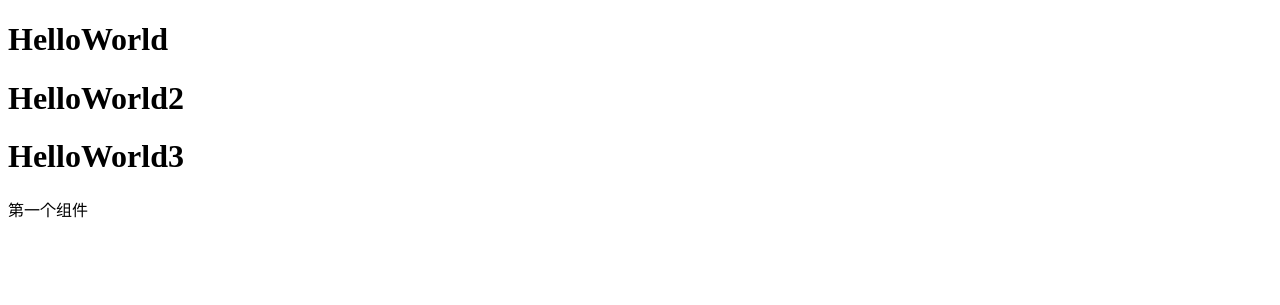
Repository: chenguocan/Vue_component
Page: 局部组件.html
The author's editor kept a copy of each file at every save. The page is drawn from the files as they stood at one save, then again after the next save.
The browser window is 1280 px wide. The pictures show the whole page.

Above is the page before, as saved 2020-07-23 09:28:41.

### 局部组件.html
<!DOCTYPE html>
<html lang="en">
  <head>
    <meta charset="UTF-8" />
    <meta name="viewport" content="width=device-width, initial-scale=1.0" />
    <title>Document</title>
  </head>
  <body>
    <div id="app">
      <hello-world></hello-world>
      <hello-world2></hello-world2>
      <hello-world3></hello-world3>
      <first-component><second-component></second-component></first-component>
    </div>
  </body>
  <script src="./js/vue.js"></script>
  <script>
    var HelloWorld = {
      data: function () {
        return {
          msg: "HelloWorld",
        };
      },
      template: "<h1>{{msg}}</h1>",
    };
    var HelloWorld2 = {
      data: function () {
        return {
          msg: "HelloWorld2",
        };
      },
      template: "<h1>{{msg}}</h1>",
    };
    var HelloWorld3 = {
      data: function () {
        return {
          msg: "HelloWorld3",
        };
      },
      template: "<h1>{{msg}}</h1>",
    };
    Vue.component("first-component", {
      data: function () {
        return {
          msg: "第一个组件",
        };
      },
      template: "<div>{{msg}}</div>",
    });
    Vue.component("second-component", {
      data: function () {
        return {
          msg: "第二个组件",
        };
      },
      template: "<div>{{msg}}</div>",
    });
    Vue.component("third-component", {
      data: function () {
        return {
          msg: "第三个组件",
        };
      },
      template: "<div>{{msg}}</div>",
    });
    let app = new Vue({
      el: "#app",
      data: {},
      components: {
        "hello-world": HelloWorld,
        "hello-world2": HelloWorld2,
        "hello-world3": HelloWorld3,
      },
    });
  </script>
</html>

Loaded but not shown: js/vue.js (library)

After the next save:
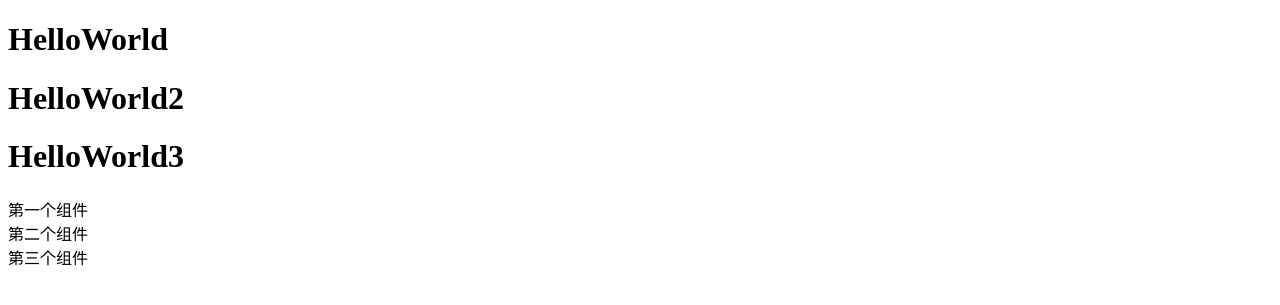
Saved 22 s later.
--- a/局部组件.html
+++ b/局部组件.html
@@ -11,6 +11,8 @@
       <hello-world2></hello-world2>
       <hello-world3></hello-world3>
       <first-component><second-component></second-component></first-component>
+      <second-component></second-component>
+      <third-component></third-component>
     </div>
   </body>
   <script src="./js/vue.js"></script>
